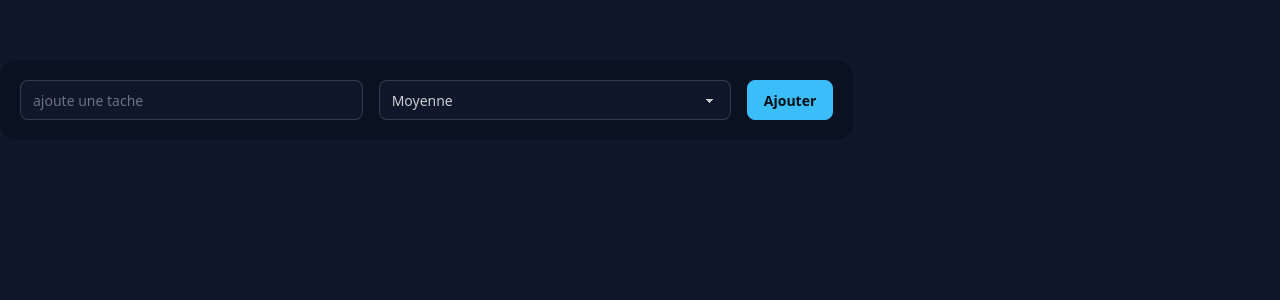
Repository: gradi243/react_ex_tuto
Page: /
The author's editor kept a copy of each file at every save. The page is drawn from the files as they stood at one save, then again after the next save.
The browser window is 1280 px wide. The pictures show the whole page.
The project was rebuilt for these pictures with package versions that can differ from the ones it lists, and the page was loaded fresh each time. Also part of the build but not shown: vite.config.ts.

Above is the page before, as saved 2025-09-14 00:58:35.

### index.html
<!doctype html>
<html lang="en" data-theme="night">
  <head>
    <meta charset="UTF-8" />
    <link rel="icon" type="image/svg+xml" href="/vite.svg" />
    <meta name="viewport" content="width=device-width, initial-scale=1.0" />
    <title>Vite + React + TS</title>
  </head>
  <body>
    <div id="root"></div>
    <script type="module" src="/src/main.tsx"></script>
  </body>
</html>

### src/index.css
@import "tailwindcss";
@plugin "daisyui";

 @plugin "daisyui" {
   themes:night;
 }
/* You can add global styles to this file, and also import other style files */

### src/App.tsx
import { useState } from "react";


type Priority="Urigente"|"Moyenne"|"Basse"

type Todo={
  id: number;
  text:string;
  priority:Priority
}


function App(){
  const[input,setInput]=useState<string>("")
  const[priority,setPriority]= useState<Priority>("Moyenne")


  const savedTodos=localStorage.getItem("todos")
  const  initialTodos=savedTodos?JSON.parse(savedTodos):[]
  const [todos,setTodos]=useState<Todo[]>(initialTodos)



  function addTodo(){
    if(input.trim()==""){
       return
    }

    const newTodo:Todo={
      id:Date.now(),
      text:input.trim(),
      priority:priority
    }

    const newtodos=[newTodo,...todos]
    setTodos(newtodos)
    setInput("")
    setPriority("Moyenne")
    console.log(newtodos)

  }
  return(
    <div className="flex justify-cente">
      <div className="w-2/3 flex-col gap-4 my-15 bg-base-300 p-5 rounded-2xl">
        <div className="flex gap-4">
          <input
          type="text"
          className="input w-full"
          placeholder="ajoute une tache"
          value={input}
         onChange={(e)=>setInput(e.target.value)}
          />

          <select
          className="select w-full"
          value={priority}
          onChange={(e)=>setPriority(e.target.value as Priority)}
          >
            <option value="Urigente">Urigente</option>
            <option value="Moyenne">Moyenne</option>
            <option value="Basse">Basse</option>
          </select>

          <button onClick={addTodo} className="btn btn-primary">Ajouter</button>
        </div>
      </div>
    </div>
  )
}

export default App

Loaded but not shown: src/main.tsx (common file)

After the next save:
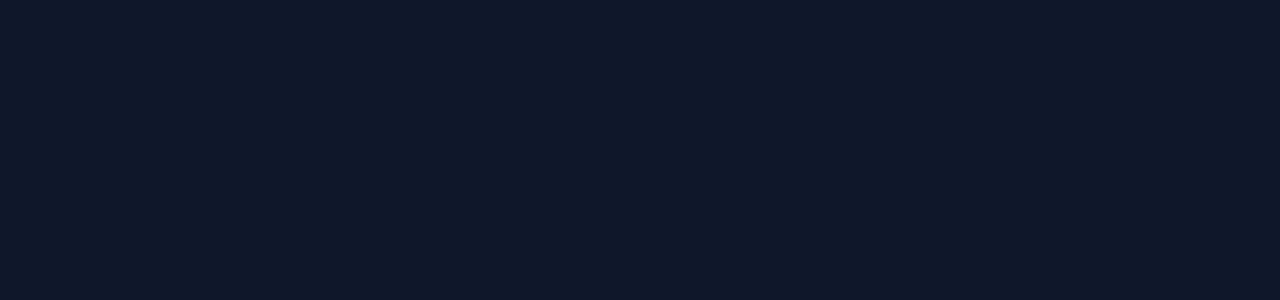
Console error: ReferenceError: useEffect is not defined
Saved 3 min 6 s later.
--- a/src/App.tsx
+++ b/src/App.tsx
@@ -19,7 +19,9 @@
   const  initialTodos=savedTodos?JSON.parse(savedTodos):[]
   const [todos,setTodos]=useState<Todo[]>(initialTodos)
 
+  useEffect(() => {
 
+  },[todos])
 
   function addTodo(){
     if(input.trim()==""){

After the 5 saves that followed:
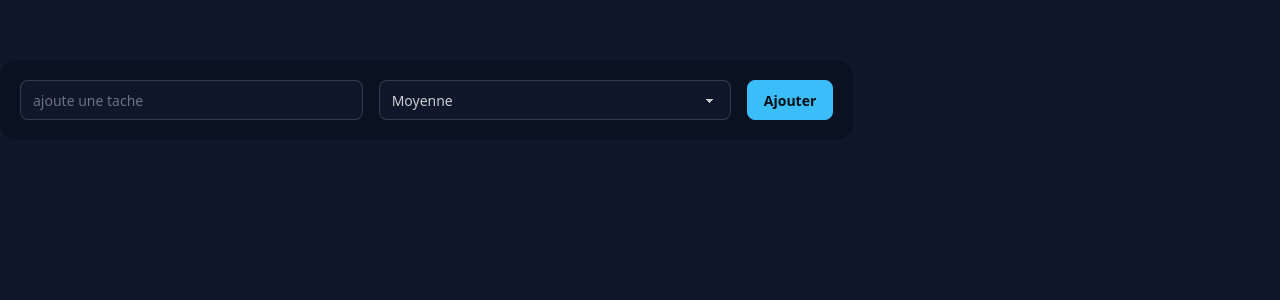
The error is gone.
The 5 saves are shown as one change because 2 did not build or start and 2 left the picture as it was.
The last was saved 7 min 22 s later.
--- a/src/App.tsx
+++ b/src/App.tsx
@@ -1,4 +1,4 @@
-import { useState } from "react";
+import { useEffect, useState } from "react";
 
 
 type Priority="Urigente"|"Moyenne"|"Basse"
@@ -20,7 +20,7 @@
   const [todos,setTodos]=useState<Todo[]>(initialTodos)
 
   useEffect(() => {
-
+    localStorage.setItem("todos",JSON.stringify(todos))
   },[todos])
 
   function addTodo(){
